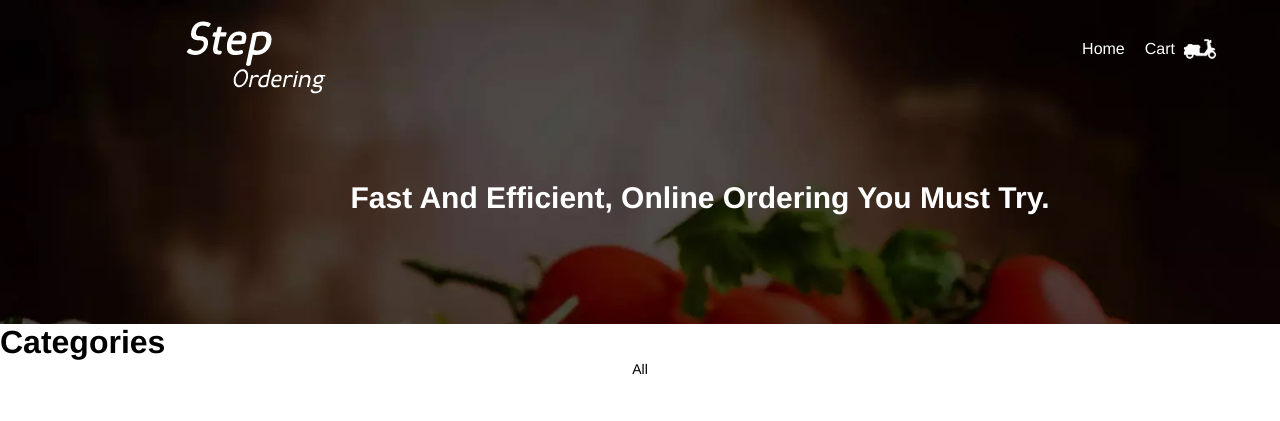
Repository: anastasia29-step/Online-Restaurant
Page: index.html
An editor plug-in stored every save of this project. The page is shown before and after the next save, followed by the edit.
The browser window is 1280 px wide. The pictures show the whole page.

Above is the page before, as saved 2026-03-09 16:35:56.
Not found: app.js/

After the next save:
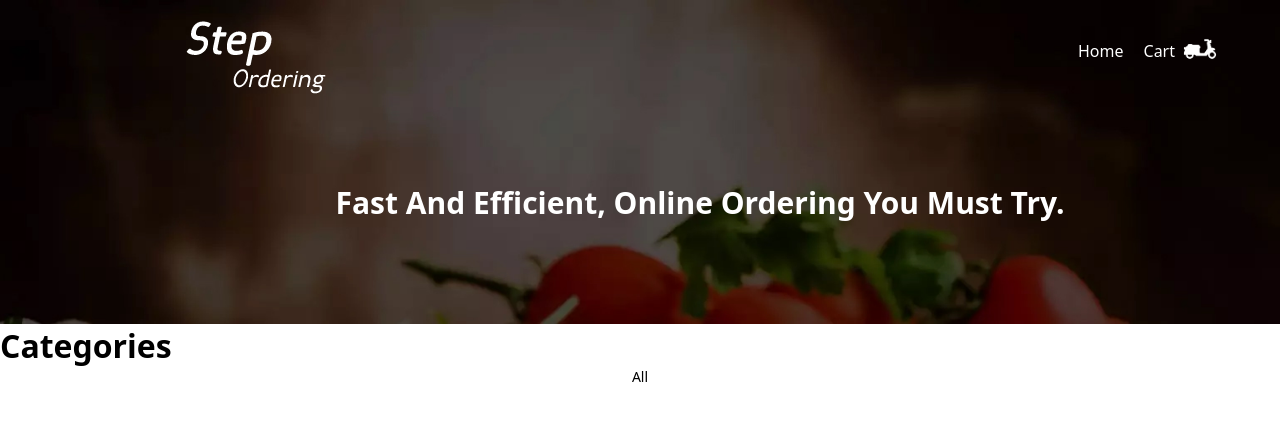
Saved 28 s later.
--- a/style.css
+++ b/style.css
@@ -2,7 +2,7 @@
     margin: 0;
     padding: 0;
     box-sizing: border-box;
-    font-family: 'Franklin Gothic Medium', 'Arial Narrow', Arial, sans-serif;
+    font-family: system-ui, -apple-system, BlinkMacSystemFont, 'Segoe UI', Roboto, Oxygen, Ubuntu, Cantarell, 'Open Sans', 'Helvetica Neue', sans-serif;
 }
 
 ul {
@@ -13,7 +13,6 @@ ul {
     flex-wrap: wrap;
     list-style: none;
     gap: 20px;
-    font-family: system-ui, -apple-system, BlinkMacSystemFont, 'Segoe UI', Roboto, Oxygen, Ubuntu, Cantarell, 'Open Sans', 'Helvetica Neue', sans-serif;
     font-size: 14px;
 }
 
